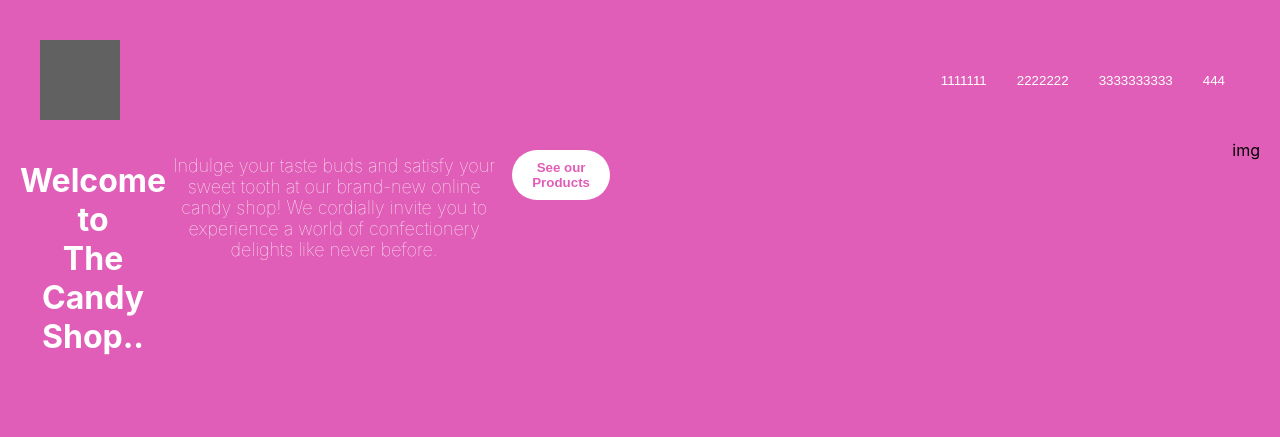
Repository: nika-otter/CandyShop
Page: /
These files come from the project's save history. The page is drawn as it stood at one moment and after the next save; the edit follows.
The browser window is 1280 px wide. The pictures show the whole page.
Pictures or frames that could not be fetched are drawn as grey boxes. An inner scrolling area shows only its first screen. The project was rebuilt for these pictures with package versions that can differ from the ones it lists, and the page was loaded fresh each time.

Above is the page before, as saved 2023-06-11 09:59:55.

After the next save:
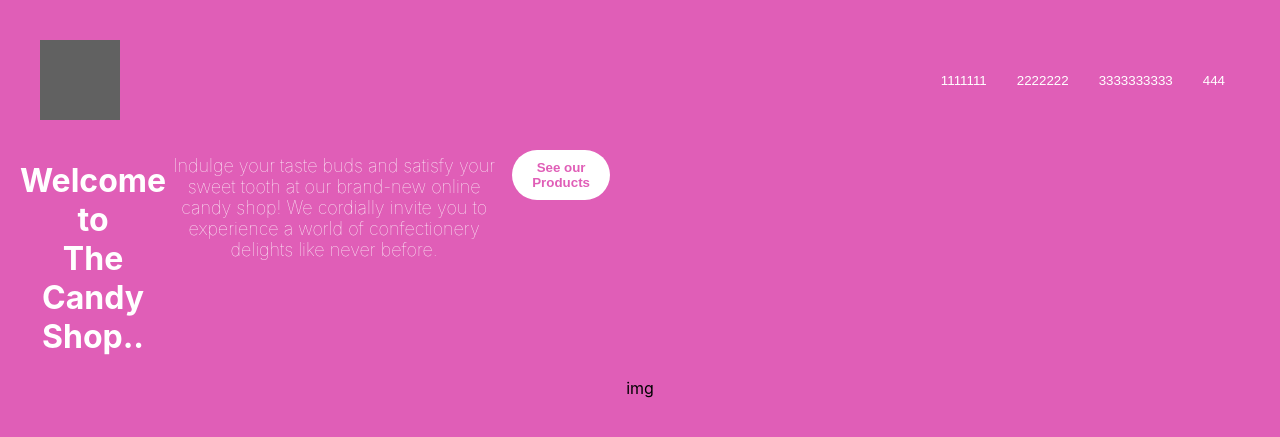
Saved 59 s later.
--- a/src/components/Cupcake.module.scss
+++ b/src/components/Cupcake.module.scss
@@ -6,8 +6,8 @@
   padding: 20px;
 }
 .content {
-  display: flex;
-  justify-content: space-between;
+  //   display: flex;
+  //   justify-content: space-between;
 }
 .info {
   width: 600px;
